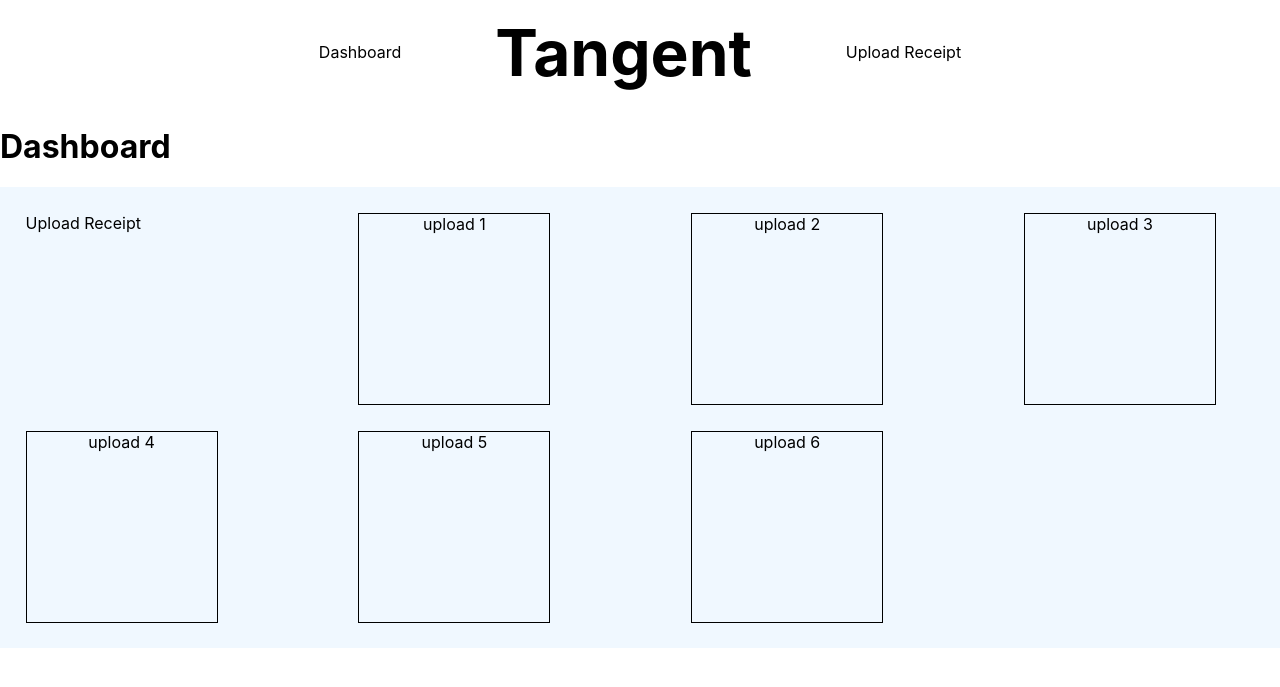
Repository: Tantrum-Tangent/Tangent
Page: /dashboard
The author's editor kept a copy of each file at every save. The page is drawn from the files as they stood at one save, then again after the next save.
The browser window is 1280 px wide. The pictures show the whole page.
The page's requests for data from a server got no answer. The project was rebuilt for these pictures with package versions that can differ from the ones it lists, and the page was loaded fresh each time. The framework's server and built-in components were replaced by stand-ins that run in the browser. No one was signed in, and anything a server would have sent is missing. Also part of the build but not shown: next.config.js.

Above is the page before, as saved 2022-05-22 20:10:05.

### pages/dashboard.js
import Link from "next/link";
import React, { useEffect } from "react";
import { db } from "../firebase.config";
import { query, collection, getDocs, orderBy } from "firebase/firestore";
import styles from "../styles/Dashboard.module.css";
import Header from "../components/header";

export default function Dashboard(props) {
  const { receiptsData } = props;
  useEffect(() => {
    console.log(receiptsData);
  }, [receiptsData]);
  return (
    <div>
      <Header />
      <main className={styles.main}>
        <h1>Dashboard</h1>
        <div className={styles.listOfUploads}>
          <Link href="../">
            <a>Upload Receipt</a>
          </Link>
          {receiptsData.map((receipt) => (
            <div key={receipt.id}>
              <Link href={`receipts/${receipt.id}`}>
                <a>{receipt.company}</a>
              </Link>
            </div>
          ))}

          <div>upload 1</div>
          <div>upload 2</div>
          <div>upload 3</div>
          <div>upload 4</div>
          <div>upload 5</div>
          <div>upload 6</div>
        </div>
      </main>
    </div>
  );
}

export const getStaticProps = async () => {
  const q = query(collection(db, "receipts"), orderBy("totalamt", "desc"));
  const receipts = await getDocs(q);
  const receiptsData = receipts.docs.map((receipt) => {
    return {
      id: receipt.id,
      ...receipt.data(),
    };
  });
  console.log(receiptsData);
  return {
    props: {
      receiptsData,
    },
    revalidate: 1,
  };
};

### firebase.config.js
// Import the functions you need from the SDKs you need
import {initializeApp, getApps} from "firebase/app"
import {getFirestore} from "firebase/firestore"


// TODO: Add SDKs for Firebase products that you want to use
// https://firebase.google.com/docs/web/setup#available-libraries

// Your web app's Firebase configuration
// For Firebase JS SDK v7.20.0 and later, measurementId is optional
const firebaseConfig = {
  apiKey: "AIzaSyBnf4Rv50aaRNfwoszmiFnQQ5pGpnxniNQ",
  authDomain: "tantrum-44f6b.firebaseapp.com",
  projectId: "tantrum-44f6b",
  storageBucket: "tantrum-44f6b.appspot.com",
  messagingSenderId: "1024221832290",
  appId: "1:1024221832290:web:0f05b48ec794af490f5d3b",
  measurementId: "G-XJ2RWVNHCM",
};

// Initialize Firebase

const app = initializeApp(firebaseConfig)

export const db = getFirestore(app)

### styles/Dashboard.module.css
.main {
}

.listOfUploads {
  background-color: aliceblue;
  display: grid;
  grid-template-columns: 25% 25% 25% 25%;
  grid-gap: 2vw;
  padding: 2vw;
}

.listOfUploads > div {
  border: 1px solid black;
  height: 15vw;
  width: 15vw;
  text-align: center;
}

### components/header.js
import Link from "next/link";
import styles from "../styles/Header.module.css";

export default function Header() {
  return (
    <div className={styles.header}>
      <Link href="./dashboard">
        <a className={styles.link}>Dashboard</a>
      </Link>
      <h1 className={styles.title}>Tangent</h1>
      <Link href="./">
        <a className={styles.link}>Upload Receipt</a>
      </Link>
    </div>
  );
}

### styles/Header.module.css
.header {
  display: flex;
  justify-content: space-around;
  width: 100%;
  padding: 1rem 17rem;
}

.title {
  margin: 0;
  line-height: 1.15;
  font-size: 4rem;
}

.title {
  text-align: center;
}

.link {
  font-size: 1rem;
  margin-top: 2vw;
}

Loaded but not shown: pages/_app.js (common file); styles/globals.css (common file)

After the next save:
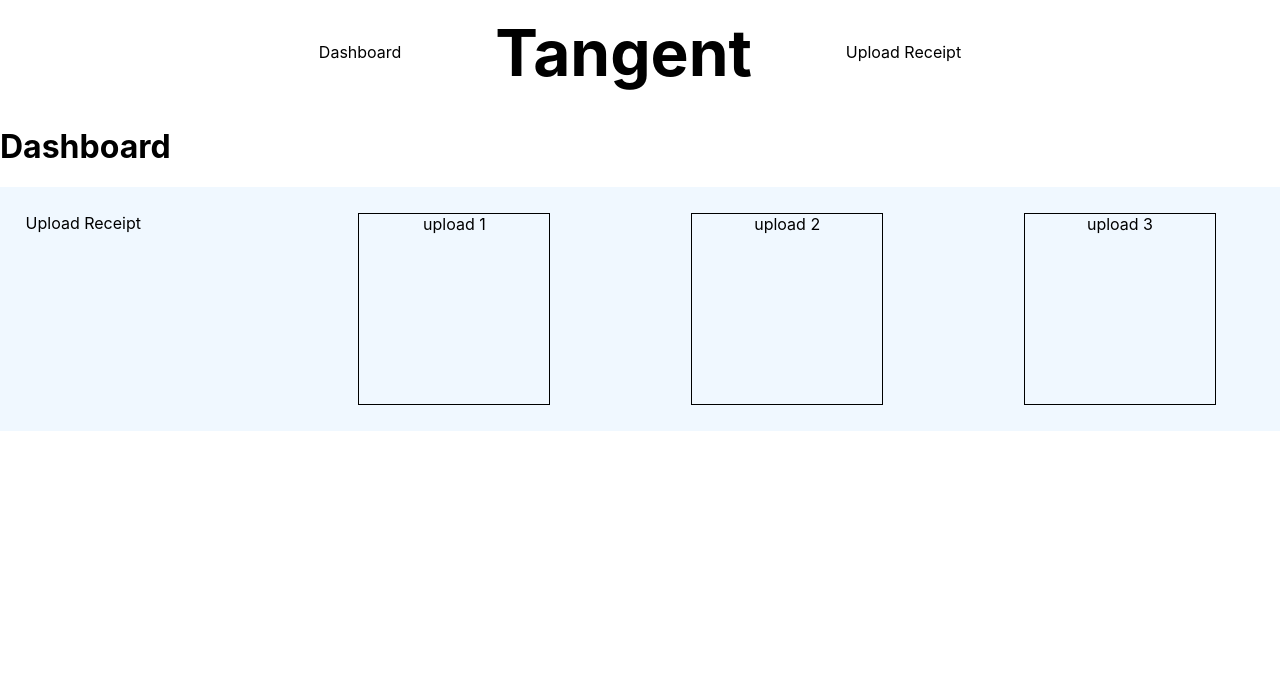
Saved 72 s later.
--- a/pages/dashboard.js
+++ b/pages/dashboard.js
@@ -30,9 +30,9 @@
           <div>upload 1</div>
           <div>upload 2</div>
           <div>upload 3</div>
-          <div>upload 4</div>
+          {/* <div>upload 4</div>
           <div>upload 5</div>
-          <div>upload 6</div>
+          <div>upload 6</div> */}
         </div>
       </main>
     </div>
